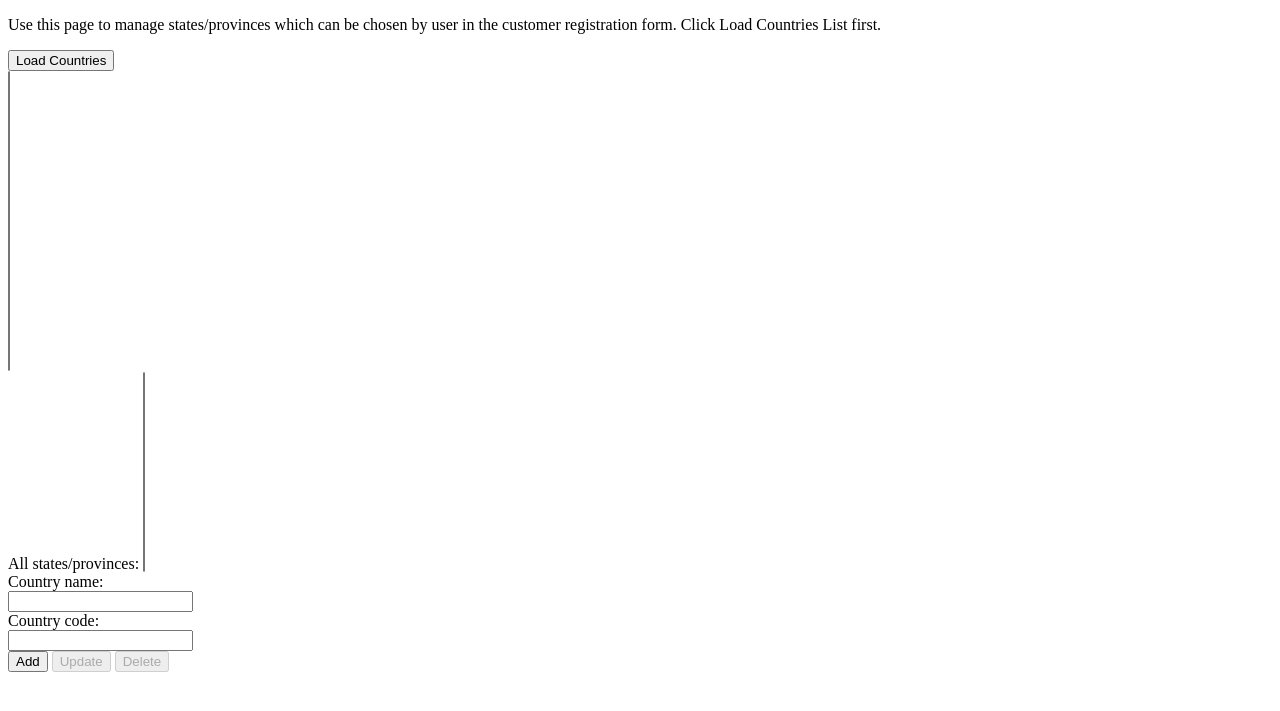
Repository: thanhadp24/mylocal
Page: http://localhost/settings/states
An editor plug-in stored every save of this project. The page is shown before and after the next save, followed by the edit.
The browser window is 1280 px wide. The pictures show the whole page.
The page is this project's Thymeleaf template; nobody is signed in. The template is opened directly, without the code that normally fills it, so the values that code supplies are empty.

Above is the page before, as saved 2024-12-09 15:53:20.

### ShopappProject/ShopappWebParent/ShopappBackEnd/src/main/resources/templates/settings/states.html
<!DOCTYPE html>
<html xmlns:th="http://www.thymeleaf.org">
<body>
<div th:fragment="content" th:remove="tag">
	<div>
		<p>Use this page to manage states/provinces which can be chosen by user in the customer registration form.
		   Click Load Countries List first.
		</p>
	</div>
	<div>
		<input type="button" value="Load Countries" id="btnLoad" class="btn btn-primary">
	</div>
	<div>
		<select class="form-control m-1" id="dropdownCountry" style="height: 300px" size="3">
		</select>
	</div>
	<div>
		<label class="col-form-label mt-2">All states/provinces:</label>
		<select class="form-control" style="height: 200px" size="3">
		</select>
	</div>
	<div class="form-group row m-2">
		<label class="col-form-label mt-2" id="labelCountryName">Country name:</label>
		<div class="col-md mt-2">
			<input type="text" class="form-control" id="fieldCountryName">
		</div>
		<label class="col-form-label mt-2">Country code:</label>
		<div class="col-md mt-2">
			<input type="text" class="form-control" id="fieldCountryCode">
		</div>
		<div class="col-lg-4 mt-2">
			<input type="button" id="btnAdd" value="Add" class="btn btn-secondary">
			<input type="button" id="btnUpdate" value="Update" class="btn btn-secondary" disabled>
			<input type="button" id="btnDelete" value="Delete" class="btn btn-secondary" disabled>
		</div>
	</div>
</div>
</body>
</html>

After the next save:
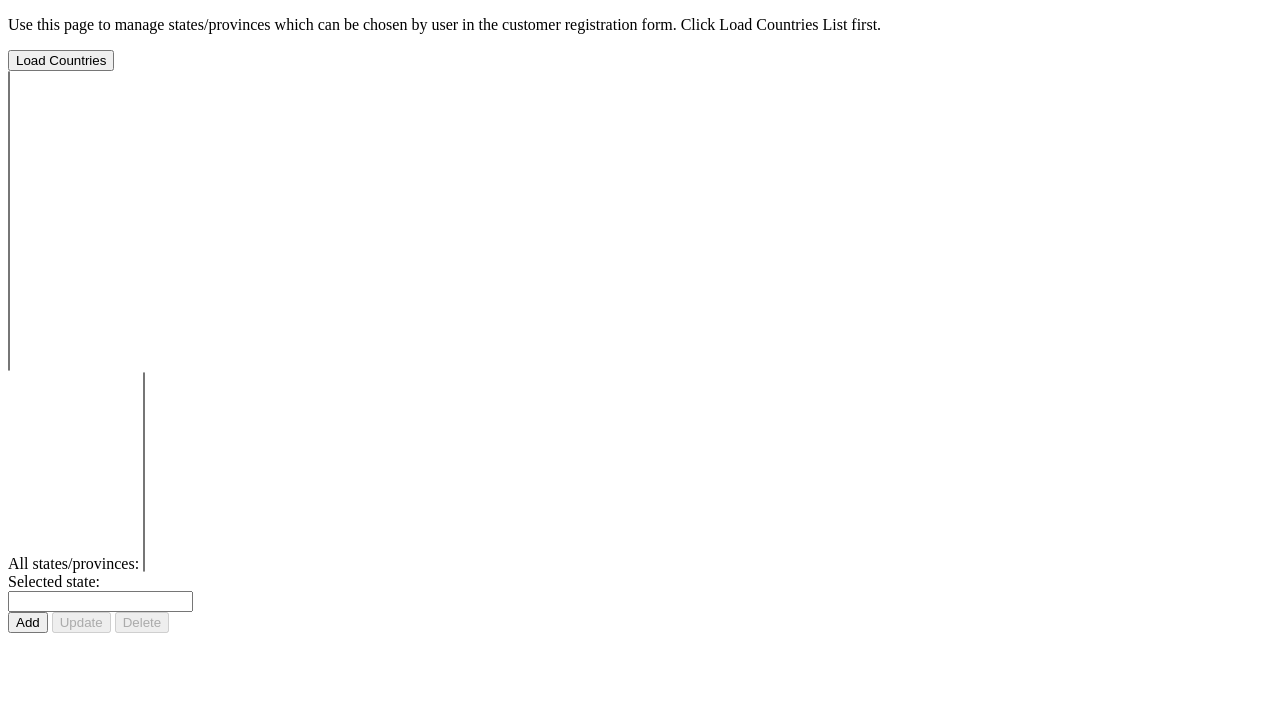
Saved 25 s later.
--- a/ShopappProject/ShopappWebParent/ShopappBackEnd/src/main/resources/templates/settings/states.html
+++ b/ShopappProject/ShopappWebParent/ShopappBackEnd/src/main/resources/templates/settings/states.html
@@ -20,11 +20,7 @@
 		</select>
 	</div>
 	<div class="form-group row m-2">
-		<label class="col-form-label mt-2" id="labelCountryName">Country name:</label>
-		<div class="col-md mt-2">
-			<input type="text" class="form-control" id="fieldCountryName">
-		</div>
-		<label class="col-form-label mt-2">Country code:</label>
+		<label class="col-form-label mt-2">Selected state:</label>
 		<div class="col-md mt-2">
 			<input type="text" class="form-control" id="fieldCountryCode">
 		</div>
